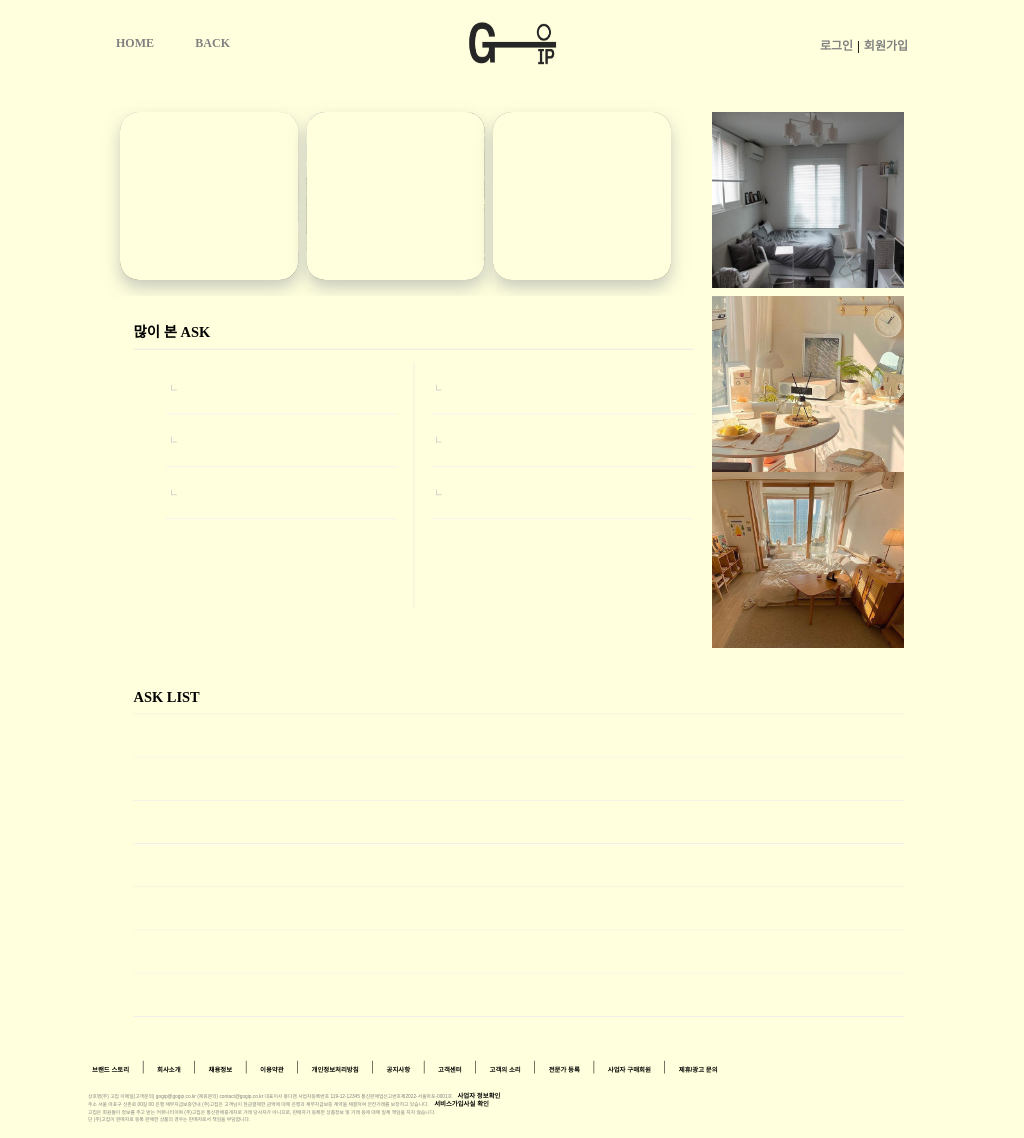
Repository: pauljerricho/MES
Page: http://localhost/SpringBoard/WEB-INF/views/ask.jsp
An editor plug-in stored every save of this project. The page is shown before and after the next save, followed by the edit.
The browser window is 1280 px wide. The pictures show the whole page, at 80% of full size.
The page is served by Tomcat 9. Nobody is signed in. The template is opened directly, without the code that normally fills it, so the values that code supplies are empty.

Above is the page before, as saved 2022-03-13 08:11:21.

After the next save:
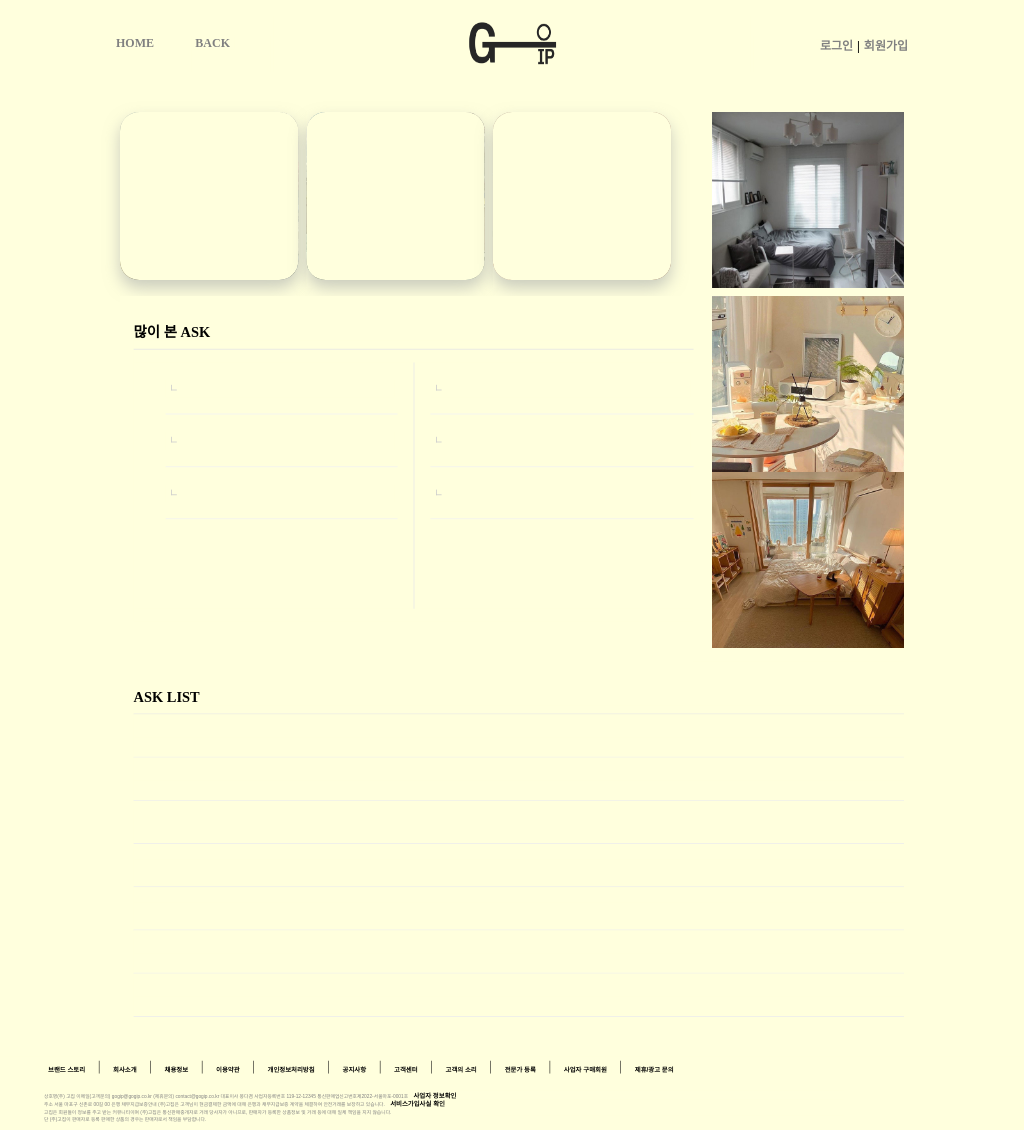
Saved 43 s later.
--- a/gozip/SpringBoard/src/main/webapp/WEB-INF/views/ask.jsp
+++ b/gozip/SpringBoard/src/main/webapp/WEB-INF/views/ask.jsp
@@ -542,8 +542,6 @@
 		<!-- #container 영역 -->
 	</div>
 	<!-- #wrap -->
-<footer>
         <%@include file="/WEB-INF/views/foot.jsp" %>
-</footer>
 </body>
 </html>

After the save that followed:
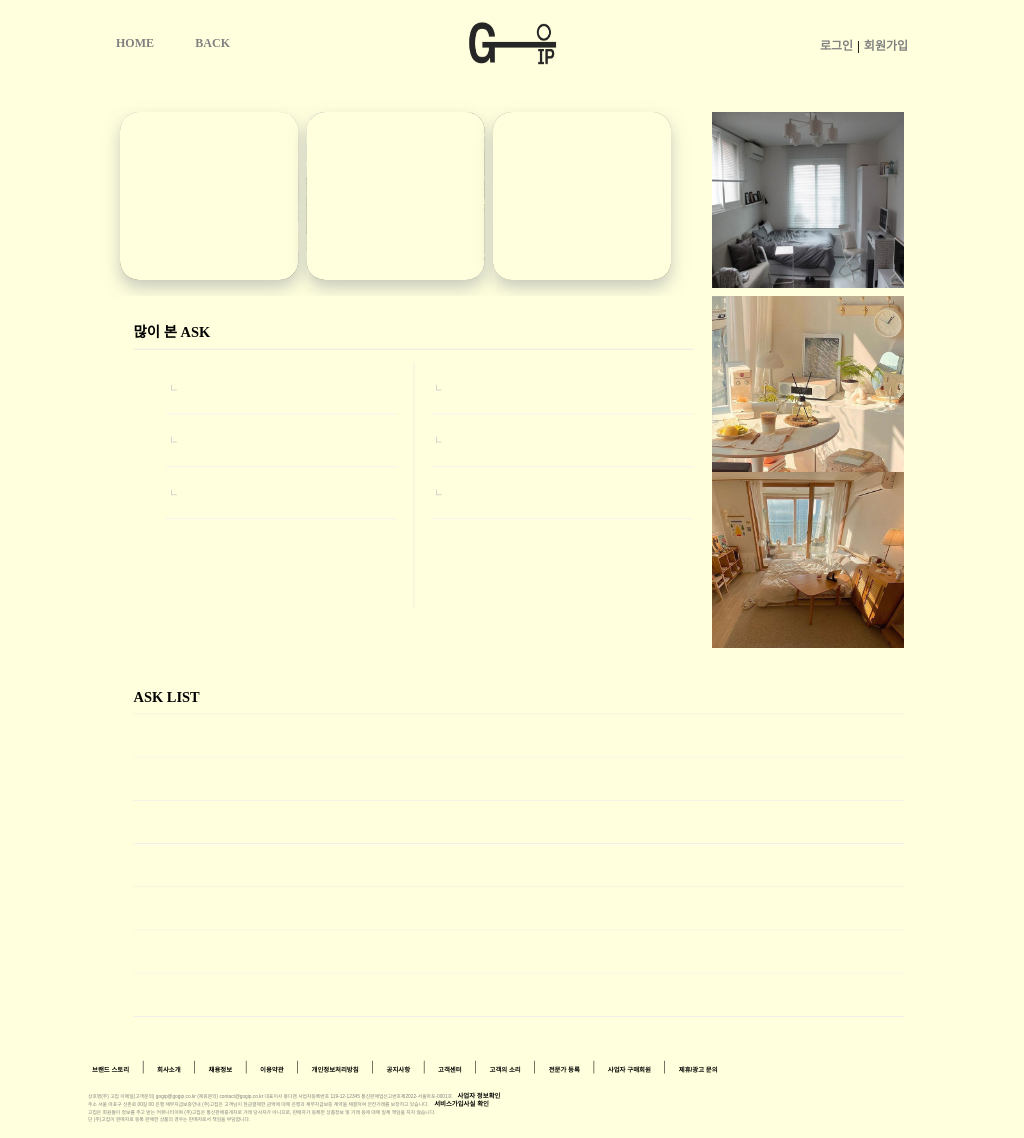
Saved 4 s later.
--- a/gozip/SpringBoard/src/main/webapp/WEB-INF/views/ask.jsp
+++ b/gozip/SpringBoard/src/main/webapp/WEB-INF/views/ask.jsp
@@ -542,6 +542,8 @@
 		<!-- #container 영역 -->
 	</div>
 	<!-- #wrap -->
+<footer>
         <%@include file="/WEB-INF/views/foot.jsp" %>
+</footer>
 </body>
 </html>
